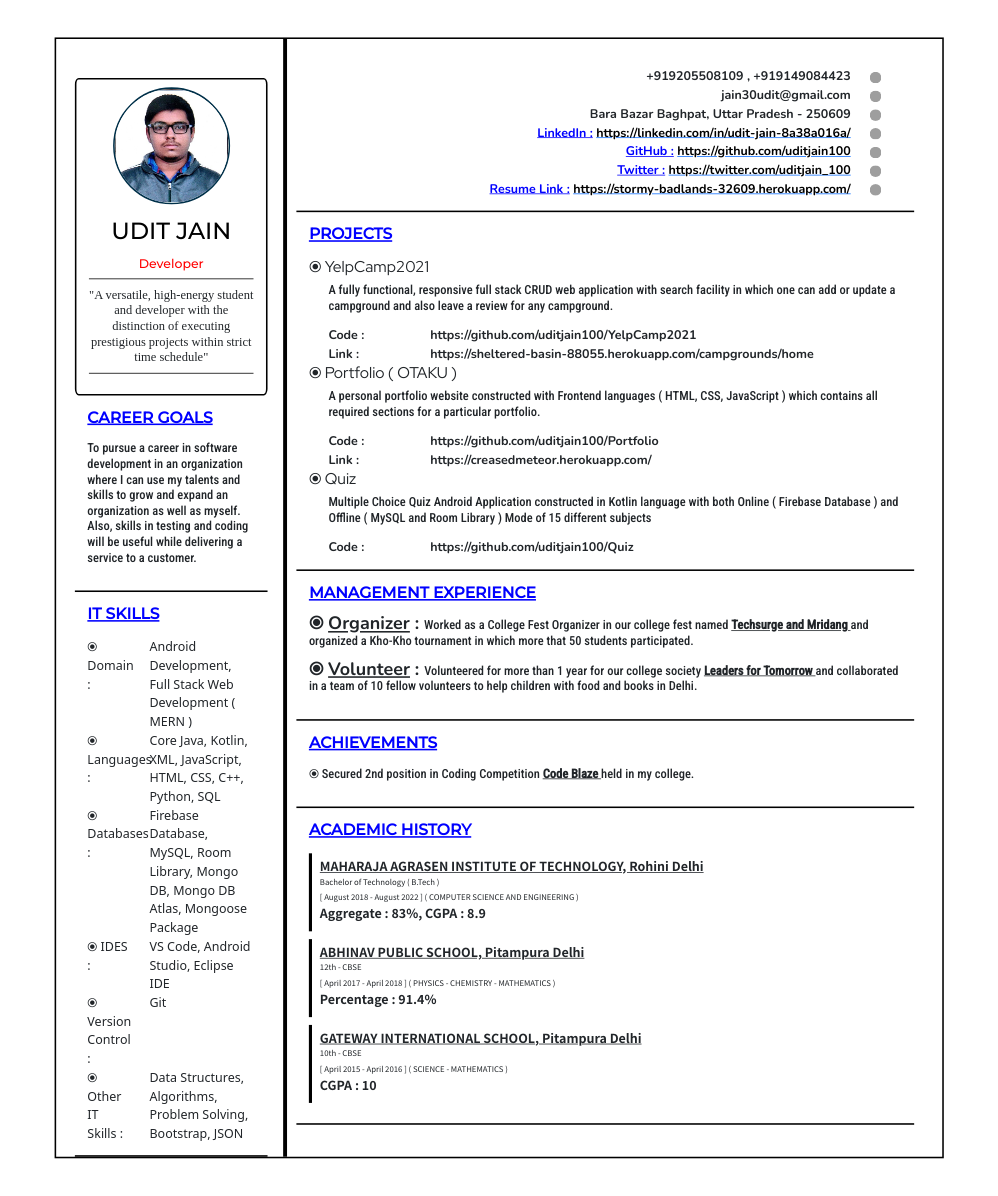
Repository: uditjain100/Resume
Page: app.html
The author's editor kept a copy of each file at every save. The page is drawn from the files as they stood at one save, then again after the next save.
The browser window is 1280 px wide. The pictures show the whole page, at 78% of full size.
Pictures or frames that could not be fetched are drawn as grey boxes. Some web fonts or font styles are not loaded; a fallback is used.

Above is the page before, as saved 2021-05-27 18:29:50.

After the next save:
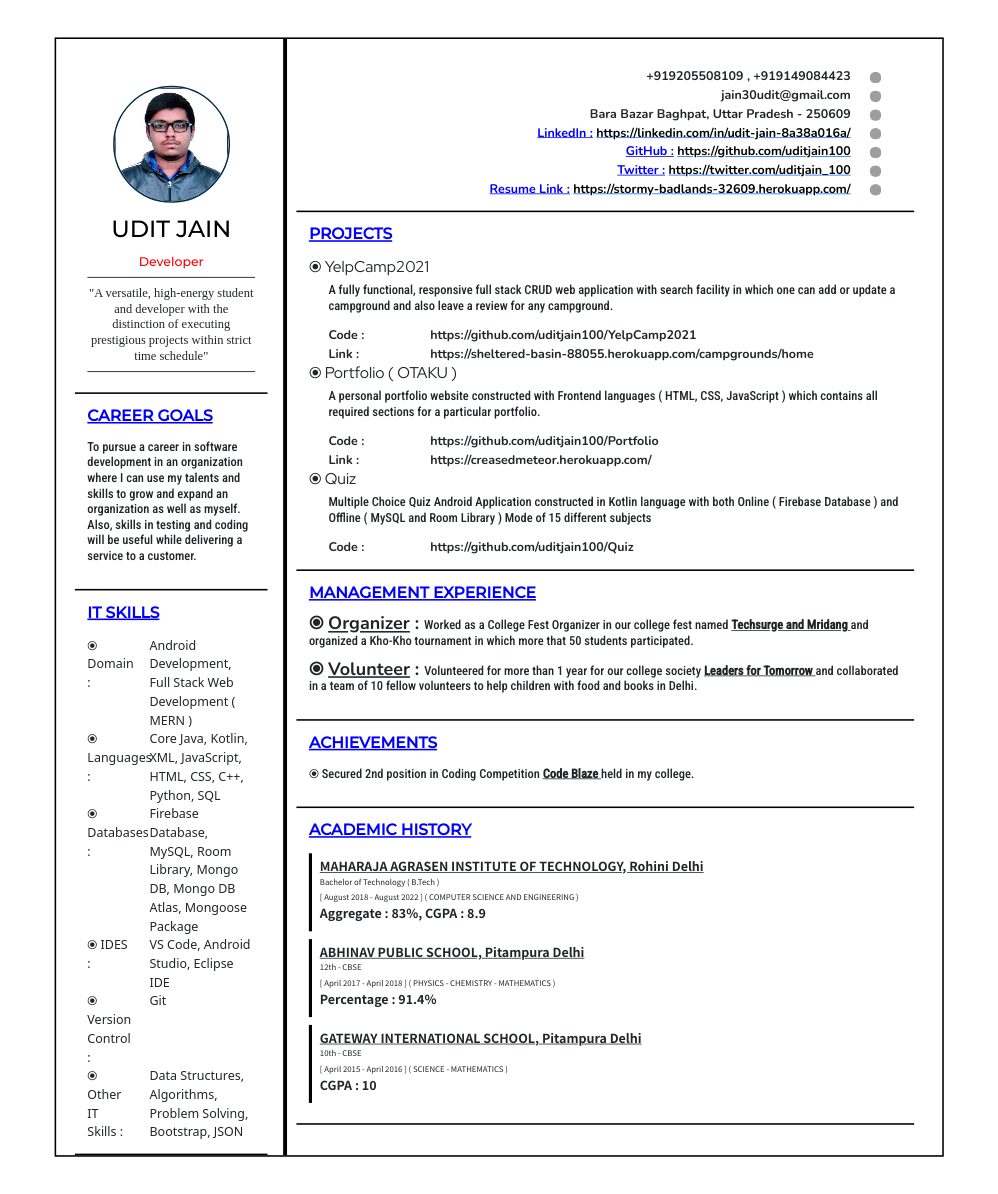
Saved 80 s later.
--- a/app.css
+++ b/app.css
@@ -80,8 +80,6 @@ article {
 	align-items: center;
 	text-align: center;
 	font-family: "Montserrat";
-	border: 2px black solid;
-	border-radius: 2%;
 }
 
 #profileimg {
